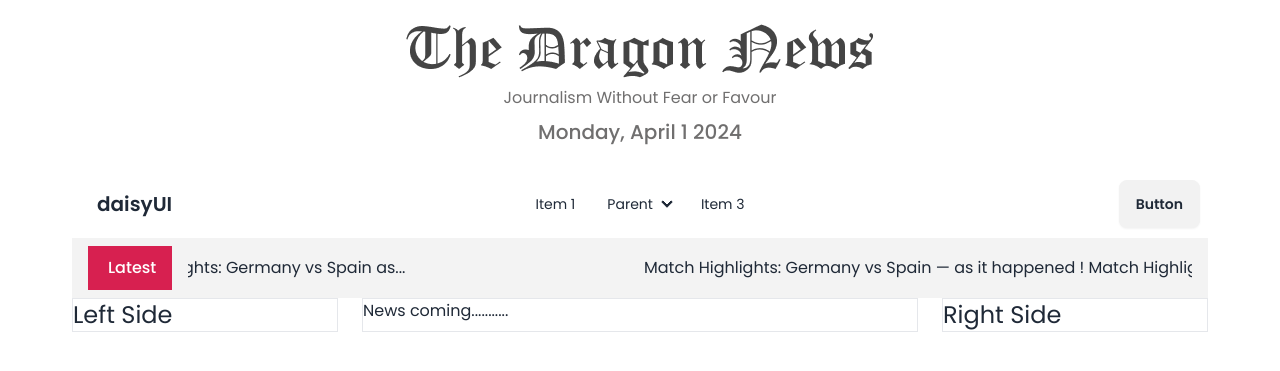
Repository: ShouravAhammed/react-dragon-news-auth
Page: /
The author's editor kept a copy of each file at every save. The page is drawn from the files as they stood at one save, then again after the next save.
The browser window is 1280 px wide. The pictures show the whole page.
The project was rebuilt for these pictures with package versions that can differ from the ones it lists, and the page was loaded fresh each time. Also part of the build but not shown: vite.config.js, src/pages/About/About.jsx, src/pages/Career/Career.jsx.

Above is the page before, as saved 2024-04-13 03:10:45.

### src/main.jsx
import React from 'react'
import ReactDOM from 'react-dom/client'
import './index.css'
import { RouterProvider } from 'react-router-dom'
import router from './Routes/Routes.jsx'

ReactDOM.createRoot(document.getElementById('root')).render(
  <React.StrictMode>
    <RouterProvider router={router}/>
  </React.StrictMode>,
)

### src/Routes/Routes.jsx
import Root from "../layout/Root";

import {
    createBrowserRouter,
  } from "react-router-dom";
import Home from "../pages/Home/Home";
import About from "../pages/About/About";
import Career from "../pages/Career/Career";

const router = createBrowserRouter([
    {
        path: '/',
        element: <Root></Root>,
        children: [
            {

                path: '/',
                element: <Home></Home>,
            },
            {

                path: '/about',
                element: <About></About>,
            },
            {

                path: '/career',
                element: <Career></Career>,
            },

        ]
    }
])

export default router;

### src/layout/Root.jsx
import { Outlet } from "react-router-dom";


const Root = () => {
    return (
        <div className="max-w-6xl mx-auto font-poppins px-2">
            <Outlet></Outlet>
        </div>
    );
};

export default Root;

### src/pages/Home/Home.jsx
import BreakingNews from "../BreakingNews/BreakingNews";
import Header from "../Shared/Header/Header";
import LeftSideNav from "../Shared/LeftSideNav/LeftSideNav";
import Navbar from "../Shared/Navbar/Navbar";
import RightSideNav from "../Shared/RIghtSideNav/RightSideNav";


const Home = () => {
    return (
        <div>
            <Header></Header>
            <Navbar></Navbar>
            <BreakingNews></BreakingNews>
            <div className="grid grid-cols-1 md:grid-cols-4 gap-6">
                <div className="col-span-1 border">
                    <LeftSideNav></LeftSideNav>
                </div>
                <div className="col-span-2 border">News coming...........</div>
                <div className="col-span-1 border">
                    <RightSideNav></RightSideNav>
                </div>
            </div>
        </div>
    );
};

export default Home;

### src/pages/BreakingNews/BreakingNews.jsx
import Marquee from "react-fast-marquee";
import { Link } from "react-router-dom";

const BreakingNews = () => {
  return (
    <div className="flex items-center gap-4 px-4 py-2 bg-[#F3F3F3]">
      <Link
        to={"/"}
        className="px-5 py-2.5 relative group overflow-hidden font-medium bg-[#D72050] text-white inline-block"
      >
        <span className="absolute top-0 left-0 flex w-full h-0 mb-0 transition-all duration-200 ease-out transform translate-y-0 bg-gray-50 group-hover:h-full"></span>
        <span className="relative group-hover:text-[#D72050]">Latest</span>
      </Link>
      <Marquee pauseOnHover={true} speed={100}>
        <p>
          Match Highlights: Germany vs Spain — as it happened ! Match
          Highlights: Germany vs Spain as...
        </p>
      </Marquee>
    </div>
  );
};

export default BreakingNews;

### src/pages/Shared/Header/Header.jsx

import moment from 'moment';
import logo from '../../../assets/logo.png'
const Header = () => {
    return (
        <div className=' space-y-2 text-center my-6'>
            <img className='mx-auto' src={logo} alt="" />
            <h3 className='text-[#18px] font-normal text-[#706F6F]'>Journalism Without Fear or Favour</h3>
            <p className='text-xl text-[#706F6F] font-medium'>{moment().format("dddd, MMMM D YYYY")}</p>
        </div>
    );
};

export default Header;

### src/pages/Shared/LeftSideNav/LeftSideNav.jsx

const LeftSideNav = () => {
    return (
        <div>
            <h3 className='text-2xl'>Left Side</h3>
        </div>
    );
};

export default LeftSideNav;

### src/pages/Shared/Navbar/Navbar.jsx


const Navbar = () => {
    return (
        <div>
            <div className="navbar">
  <div className="navbar-start">
    <div className="dropdown">
      <div tabIndex={0} role="button" className="btn btn-ghost lg:hidden">
        <svg xmlns="http://www.w3.org/2000/svg" className="h-5 w-5" fill="none" viewBox="0 0 24 24" stroke="currentColor"><path strokeLinecap="round" strokeLinejoin="round" strokeWidth="2" d="M4 6h16M4 12h8m-8 6h16" /></svg>
      </div>
      <ul tabIndex={0} className="menu menu-sm dropdown-content mt-3 z-[1] p-2 shadow bg-base-100 rounded-box w-52">
        <li><a>Item 1</a></li>
        <li>
          <a>Parent</a>
          <ul className="p-2">
            <li><a>Submenu 1</a></li>
            <li><a>Submenu 2</a></li>
          </ul>
        </li>
        <li><a>Item 3</a></li>
      </ul>
    </div>
    <a className="btn btn-ghost text-xl">daisyUI</a>
  </div>
  <div className="navbar-center hidden lg:flex">
    <ul className="menu menu-horizontal px-1">
      <li><a>Item 1</a></li>
      <li>
        <details>
          <summary>Parent</summary>
          <ul className="p-2">
            <li><a>Submenu 1</a></li>
            <li><a>Submenu 2</a></li>
          </ul>
        </details>
      </li>
      <li><a>Item 3</a></li>
    </ul>
  </div>
  <div className="navbar-end">
    <a className="btn">Button</a>
  </div>
</div>
        </div>
    );
};

export default Navbar;

### src/pages/Shared/RIghtSideNav/RightSideNav.jsx


const RightSideNav = () => {
    return (
        <div>
            <h3 className="text-2xl">Right Side</h3>
        </div>
    );
};

export default RightSideNav;

### tailwind.config.js
/** @type {import('tailwindcss').Config} */
export default {
  content: [
    "./index.html",
    "./src/**/*.{js,ts,jsx,tsx}",
  ],
  theme: {
    extend: {
      fontFamily: {
        poppins: '"Poppins", sans-serif;', // Adds a new `font-display` class
      }
    }
  },
  plugins: [require("daisyui")],
}

Loaded but not shown: index.html (common file); src/index.css (common file)

After the next save:
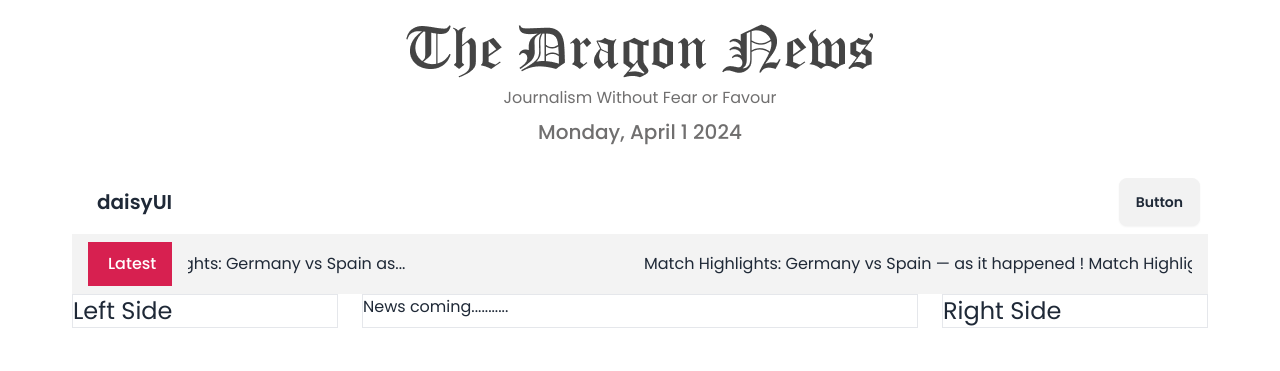
Saved 73 s later.
--- a/src/pages/Shared/Navbar/Navbar.jsx
+++ b/src/pages/Shared/Navbar/Navbar.jsx
@@ -1,6 +1,12 @@
 
 
 const Navbar = () => {
+
+    const NavLinks =
+    <>
+
+    </>
+
     return (
         <div>
             <div className="navbar">
@@ -10,32 +16,14 @@ const Navbar = () => {
         <svg xmlns="http://www.w3.org/2000/svg" className="h-5 w-5" fill="none" viewBox="0 0 24 24" stroke="currentColor"><path strokeLinecap="round" strokeLinejoin="round" strokeWidth="2" d="M4 6h16M4 12h8m-8 6h16" /></svg>
       </div>
       <ul tabIndex={0} className="menu menu-sm dropdown-content mt-3 z-[1] p-2 shadow bg-base-100 rounded-box w-52">
-        <li><a>Item 1</a></li>
-        <li>
-          <a>Parent</a>
-          <ul className="p-2">
-            <li><a>Submenu 1</a></li>
-            <li><a>Submenu 2</a></li>
-          </ul>
-        </li>
-        <li><a>Item 3</a></li>
+
       </ul>
     </div>
     <a className="btn btn-ghost text-xl">daisyUI</a>
   </div>
   <div className="navbar-center hidden lg:flex">
     <ul className="menu menu-horizontal px-1">
-      <li><a>Item 1</a></li>
-      <li>
-        <details>
-          <summary>Parent</summary>
-          <ul className="p-2">
-            <li><a>Submenu 1</a></li>
-            <li><a>Submenu 2</a></li>
-          </ul>
-        </details>
-      </li>
-      <li><a>Item 3</a></li>
+
     </ul>
   </div>
   <div className="navbar-end">
